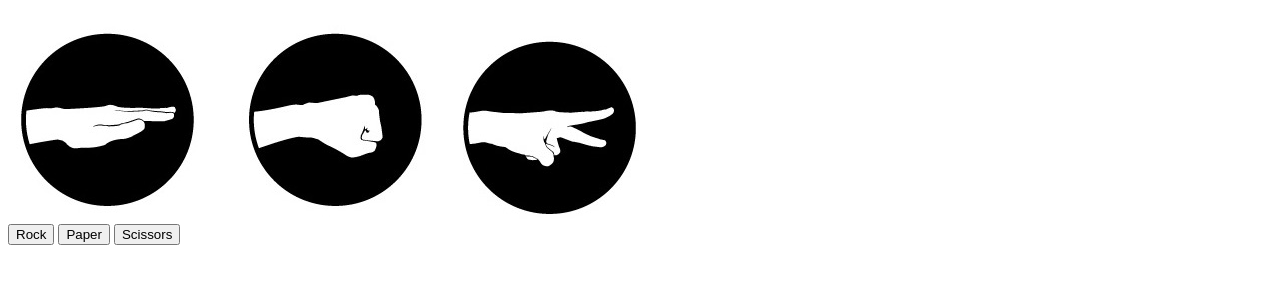
Repository: Milineam6162/workspace
Page: workspace 5/html/rockps.html
The author's editor kept a record of every edit. The page is drawn from the files as they stood at one moment, then again after the next edit.
The browser window is 1280 px wide. The pictures show the whole page.

Above is the page before.

After the next edit:
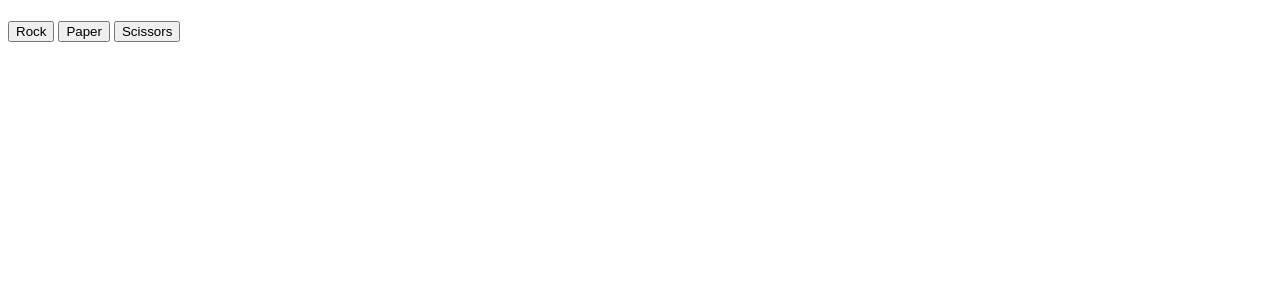
The edit:
--- a/workspace 5/html/rockps.html
+++ b/workspace 5/html/rockps.html
@@ -13,9 +13,9 @@
             <img class="hide" id="ps" src="../img/Scissors.jpg"></img>
         </div>
         <div>
-            <img id="cr" src="../img/Paper.jpg"></img>
-            <img id="cp" src="../img/Rock.jpg"></img>
-            <img id="cs" src="../img/Scissors.jpg"></img>
+            <img class="hide" id="cr" src="../img/Paper.jpg"></img>
+            <img class="hide" id="cp" src="../img/Rock.jpg"></img>
+            <img class="hide" id="cs" src="../img/Scissors.jpg"></img>
         </div>
 
         <button onClick="playRockPaperScissors(0)">Rock</button>
